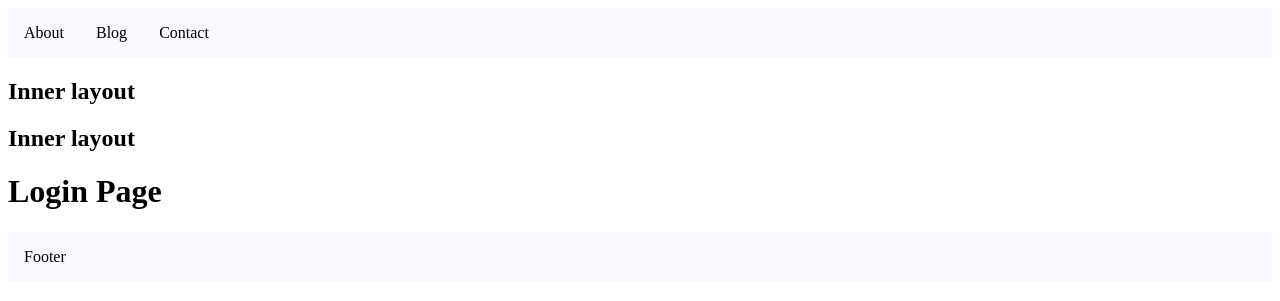
Repository: Mbote-Joseph/Nextjs-Learning
Page: /login
The author's editor kept a copy of each file at every save. The page is drawn from the files as they stood at one save, then again after the next save.
The browser window is 1280 px wide. The pictures show the whole page.
The project was rebuilt for these pictures with package versions that can differ from the ones it lists, and the page was loaded fresh each time. The framework's server and built-in components were replaced by stand-ins that run in the browser. Also part of the build but not shown: next.config.mjs.

Above is the page before, as saved 2024-09-17 18:08:12.

### src/app/layout.tsx
import { Metadata } from "next"
import Header from "./header"
import Footer from "./footer"

export const metadata: Metadata = {
  title: {
    absolute: "",
    default: "Next.js Tutorial - CodeVolution",
    template: "%s | Learning Next",
  },
  description: 'Generated by Next.js',
}

export default function RootLayout({
  children,
}: {
  children: React.ReactNode
}) {
  return (
    <html lang="en">
      <body>

        <Header />

        {children}

        <Footer/>

        </body>
    </html>
  )
}

### src/app/(auth)/layout.tsx
export default function AuthLayout({
    children,
}: {
    children: React.ReactNode;
}){
    return (
        <div>
            <h2>Inner layout</h2>
            {children}
        </div>
    )
}

### src/app/(auth)/(with-auth-layout)/layout.tsx
export default function AuthLayout({
    children,
}: {
    children: React.ReactNode;
}){
    return (
        <div>
            <h2>Inner layout</h2>
            {children}
        </div>
    )
}

### src/app/(auth)/(with-auth-layout)/login/page.tsx
export default function Login(){
    return <h1>Login Page</h1>
}

### src/app/header.tsx
import Link from 'next/link';
import './header.css';

export default function Header() {
    return (
        <header className="header" style={{
            backgroundColor: "ghostwhite",
            padding: "1rem",
        }}>
            <Link style={{
                    color: "black",
                    textDecoration: "none",
                    fontSize: "1rem",
                    marginRight: "2rem",
            }}
            className="navLink" href="/about">
                About
            </Link>
            <Link style={{
                    color: "black",
                    textDecoration: "none",
                    fontSize: "1rem",
                    marginRight: "2rem",
            }}
            className="navLink"  href="/blog">Blog</Link>
            <Link style={{
                    color: "black",
                    textDecoration: "none",
                    fontSize: "1rem",
                    marginRight: "2rem",
            }}
            className="navLink"  href="/contact">
                Contact
            </Link>


        </header>
    )
}

### src/app/footer.tsx
export default function Footer(){
    return (
        <footer style={{
            backgroundColor: "ghostwhite",
            padding: "1rem",
          }}>
            Footer
          </footer>

    )
}

### src/app/header.css
.navLink {
    color: "black";
    text-decoration: "none";
    font-size: "1rem";
    margin-right: "2rem";

}

After the next save:
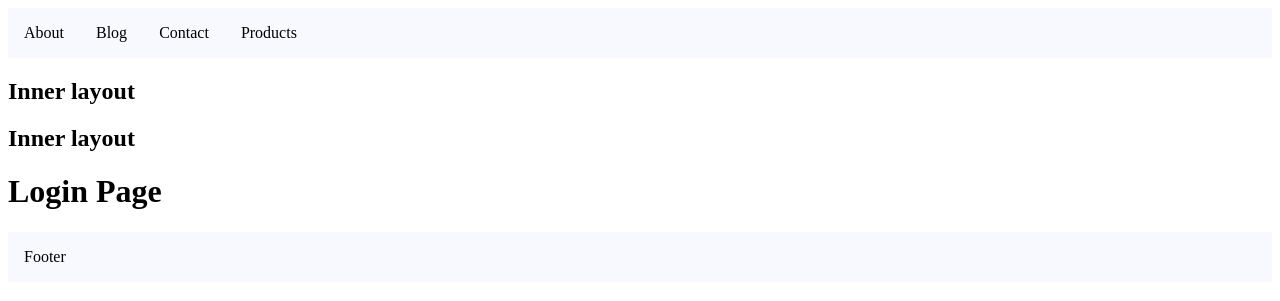
Saved 79 s later.
--- a/src/app/header.tsx
+++ b/src/app/header.tsx
@@ -32,6 +32,16 @@ export default function Header() {
             className="navLink"  href="/contact">
                 Contact
             </Link>
+            <Link style={{
+                    color: "black",
+                    textDecoration: "none",
+                    fontSize: "1rem",
+                    marginRight: "2rem",
+            }}
+            className="navLink"  href="/products">
+                Products
+            </Link>
+
 
 
         </header>
